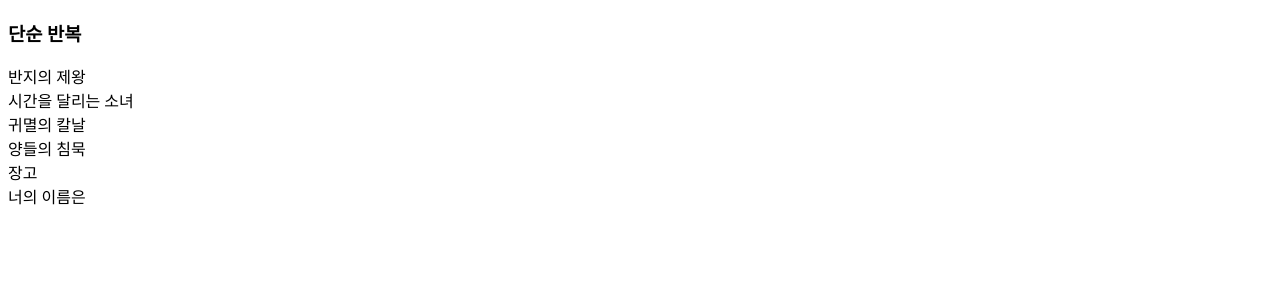
Repository: YooMyeongSeon/JSP_Servlet_Study
Page: http://localhost/web07/Ex_12.jsp
These files come from the project's save history. The page is drawn as it stood at one moment and after the next save; the edit follows.
The browser window is 1280 px wide. The pictures show the whole page.
The page is served by Tomcat 9. Other server files are loaded and not shown.

Above is the page before, as saved 2022-06-10 05:42:54.

### web07/WebContent/Ex_12.jsp
<%@ page language="java" contentType="text/html; charset=UTF-8"
    pageEncoding="UTF-8"%>
<%@ taglib prefix="c" uri="http://java.sun.com/jsp/jstl/core" %>
<!DOCTYPE html>
<html>
<head>
<meta charset="UTF-8">
<title>Insert title here</title>
</head>
<body>
	<%
		String[] movieList = {"반지의 제왕", "시간을 달리는 소녀", "귀멸의 칼날", "양들의 침묵", "장고", "너의 이름은"};
		pageContext.setAttribute("mList", movieList);
	%>
	<h3>단순 반복</h3>
	<c:forEach items="${mList}" var="mTiile">
		${mTiile}<br>
	</c:forEach>
</body>
</html>

After the next save:
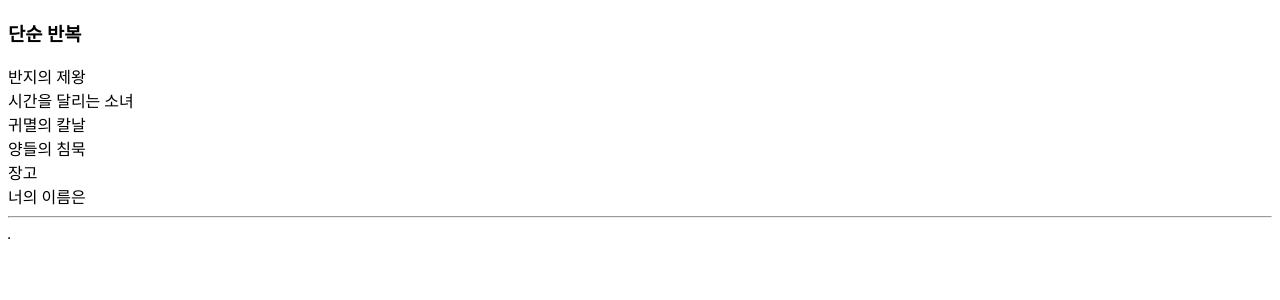
Saved 109 s later.
--- a/web07/WebContent/Ex_12.jsp
+++ b/web07/WebContent/Ex_12.jsp
@@ -16,5 +16,10 @@
 	<c:forEach items="${mList}" var="mTiile">
 		${mTiile}<br>
 	</c:forEach>
+	<hr>
+	<h3></h3>
+	<table border="1">
+
+	</table>
 </body>
 </html>
